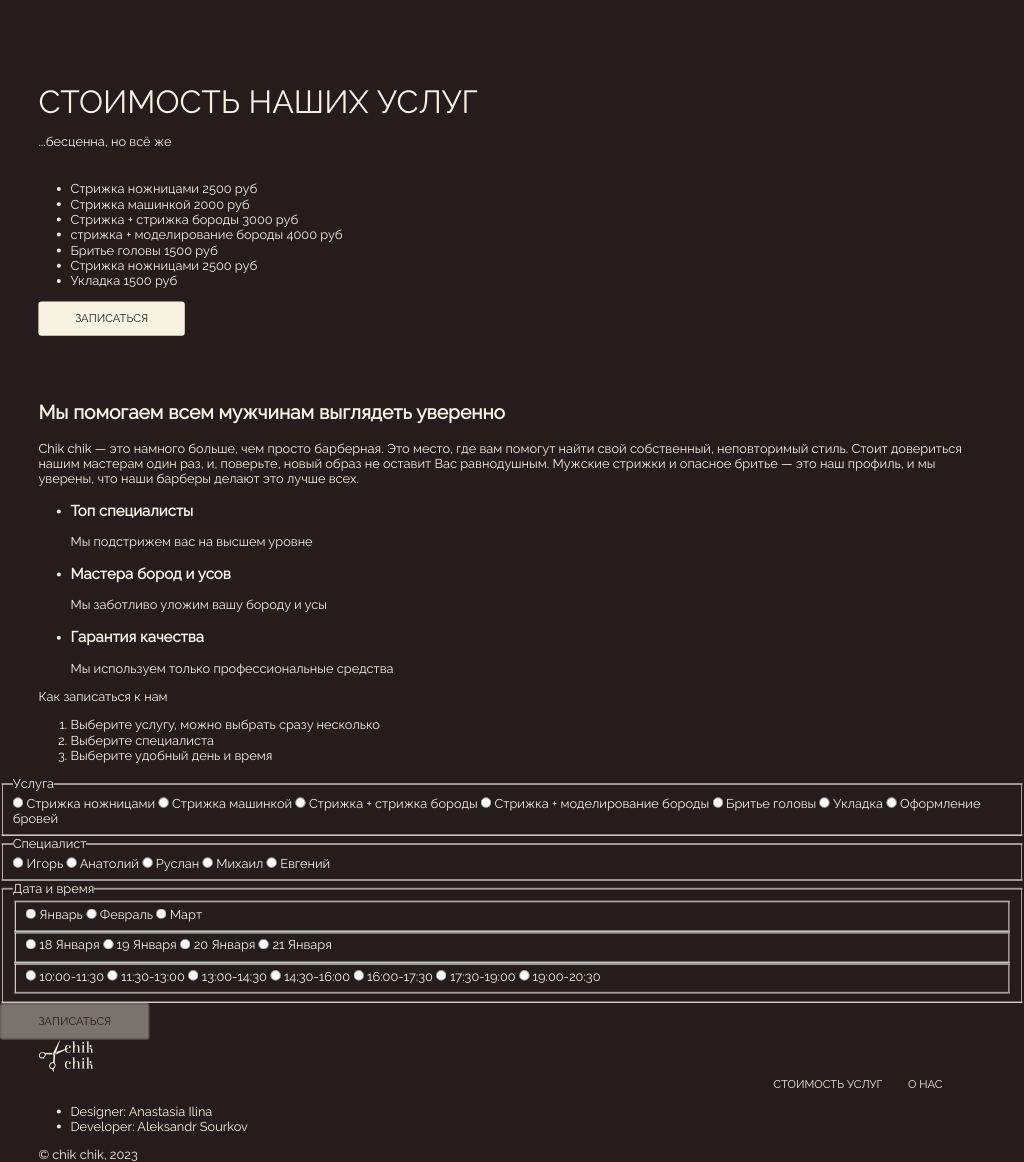
Repository: alexboagreek/chick-chick
Page: index.html
The author's editor kept a copy of each file at every save. The page is drawn from the files as they stood at one save, then again after the next save.
The browser window is 1280 px wide. The pictures show the part of the page from y = 646 to 2115 px (the page is 2099 px tall before and 2115 px after), at 80% of full size.
A picture or video elsewhere on the page could not be fetched, so the positions and the page height are approximate.

Above is the page before, as saved 2023-01-18 17:24:46.

### index.html
<!DOCTYPE html>
<html lang="ru">
<head>
    <meta charset="UTF-8">
    <meta http-equiv="X-UA-Compatible" content="IE=edge">
    <meta name="viewport" content="width=device-width, initial-scale=1.0">
    <link rel="stylesheet" href="styles/style.css">
    <link rel="icon" href="assets/icons/favicon.png" sizes="32X32" type="img/png">
    <title>Chick-Chick BarberShop</title>
</head>
<body>
    <header class="header">
        <div class="container">
            <div class="header__container">
                <img class="header__logo" src="assets/img/logo.svg" alt="логотип барбершоп Chick-Chick" width="70" height="40">

                <nav class="navigation header__navigation">
                    <ul class="navigation__list">
                        <li class="navigation__item">
                            <a href="#price" class="navigation__link">Стоимость услуг</a>
                        </li>
                        <li class="navigation__item">
                            <a href="#about" class="navigation__link">О нас</a>
                        </li>
                    </ul>
                </nav>

                <a href="#reserve" class="header__link main-link">Записаться</a>
            </div>
        </div>
    </header>

    <main>
        <section class="hero">
            <div class="container">
                <h1 class="hero__title">
                    <span class="visually-hidden">Барбершоп Chick-Chick</span>
                    <span>
                        Мы создаём искусство, которое не стыдно показать
                    </span>
                </h1>
               <div class="slider hero__slider">
                <div class="slider__container">
                    <ul class="slider__list">
                        <li class="slider__item">
                            <img src="assets/img/slide_01.jpg" alt="модельная стрижка" class="slider__img">
                        </li>
                        <li class="slider__item slider__item_active">
                            <img src="assets/img/slide_3.svg" alt="модельная стрижка" class="slider__img">
                        </li>
                        <li class="slider__item">
                            <img src="assets/img/slide_4.svg" alt="модельная стрижка" class="slider__img">
                        </li>
                        <li class="slider__item">
                            <img src="assets/img/slide_4.svg" alt="модельная стрижка" class="slider__img">
                        </li>
                        <li class="slider__item">
                            <img src="assets/img/slide_4.svg" alt="модельная стрижка" class="slider__img">
                        </li>
                        <li class="slider__item">
                            <img src="assets/img/slide_4.svg" alt="модельная стрижка" class="slider__img">
                        </li>
                        <li class="slider__item">
                            <img src="assets/img/slide_4.svg" alt="модельная стрижка" class="slider__img">
                        </li>
                        <li class="slider__item">
                            <img src="assets/img/slide_4.svg" alt="модельная стрижка" class="slider__img">
                        </li>
                    </ul>

                    <button class="slider__arrow slider__arrow_left" aria-label="предыдущий слайд"></button>
                    <button class="slider__arrow slider__arrow-right" aria-label="следующий слайд"></button>
                </div>
               </div>
            </div>
        </section>
        <section class="price" id="price">
            <div class="container">
                <h2 class="price__title">Стоимость наших услуг</h2>
                <p class="price__tagline">...бесценна, но всё же</p>

                <div class="price__wrapper-content">
                    <div class="price__content">
                        <ul class="price__list">
                            <li class="price__item">
                                <span class="price__item-title">Стрижка ножницами</span>
                                <span class="price__item-count">2500 руб</span>
                            </li>
                            <li class="price__item">
                                <span class="price__item-title">Стрижка машинкой</span>
                                <span class="price__item-count">2000 руб</span>
                            </li>
                            <li class="price__item">
                                <span class="price__item-title">Стрижка + стрижка бороды</span>
                                <span class="price__item-count">3000 руб</span>
                            </li>
                            <li class="price__item">
                                <span class="price__item-title">стрижка + моделирование бороды</span>
                                <span class="price__item-count">4000 руб</span>
                            </li>
                            <li class="price__item">
                                <span class="price__item-title">Бритье головы</span>
                                <span class="price__item-count">1500 руб</span>
                            </li>
                            <li class="price__item">
                                <span class="price__item-title">Стрижка ножницами</span>
                                <span class="price__item-count">2500 руб</span>
                            </li>
                            <li class="price__item">
                                <span class="price__item-title">Укладка</span>
                                <span class="price__item-count">1500 руб</span>
                            </li>
                        </ul>

                        <a href="#reserve" class="price__link main-link">Записаться</a>
                    </div>
                </div>
            </div>
        </section>
        <section class="about" id="about">
            <div class="container">
                <h2 class="about__title">Мы помогаем всем мужчинам выглядеть уверенно</h2>
                <p class="about__description">
                    Сhik chik — это намного больше, чем просто барберная. Это место, где вам помогут найти свой собственный, неповторимый стиль. Стоит довериться нашим мастерам один раз, и, поверьте, новый образ не оставит Вас равнодушным. Мужские стрижки и опасное бритье — это наш профиль, и мы уверены, что наши барберы делают это лучше всех.
                </p>

                <ul class="about__list">
                    <li class="about__item">
                        <h3 class="about__item-title">Топ специалисты</h3>
                        <p class="about__item-description">Мы подстрижем вас на высшем уровне</p>
                    </li>
                    <li class="about__item">
                        <h3 class="about__item-title">Мастера бород и усов</h3>
                        <p class="about__item-description">Мы заботливо уложим вашу бороду и усы</p>
                    </li>
                    <li class="about__item">
                        <h3 class="about__item-title">Гарантия качества</h3>
                        <p class="about__item-description">Мы используем только профессиональные средства</p>
                    </li>
                </ul>
            </div>
        </section>
        <section class="reserve" id="reserve">
            <div class="container">
                <div class="reserve__title">Как записаться к нам</div>

                <ol class="reserve__list">
                    <li class="reserve__item">Выберите услугу, можно выбрать сразу несколько</li>
                    <li class="reserve__item">Выберите специалиста</li>
                    <li class="reserve__item">Выберите удобный день и время</li>
                </ol>
            </div>

            <form class="reserve__form">
                <div class="reserve__form-container">
                    <fieldset class="reserve__fieldset">
                        <legend class="reserve__legend">Услуга</legend>

                        <label class="radio">
                            <input class="radio__input" type="radio" name="service">
                            <span class="radio__label">Стрижка ножницами</span>
                        </label>

                        <label class="radio">
                            <input class="radio__input" type="radio" name="service">
                            <span class="radio__label">Стрижка машинкой</span>
                        </label>

                        <label class="radio">
                            <input class="radio__input" type="radio" name="service">
                            <span class="radio__label">Стрижка + стрижка бороды</span>
                        </label>

                        <label class="radio">
                            <input class="radio__input" type="radio" name="service">
                            <span class="radio__label">Стрижка + моделирование бороды</span>
                        </label>

                        <label class="radio">
                            <input class="radio__input" type="radio" name="service">
                            <span class="radio__label">Бритье головы</span>
                        </label>
                        <label class="radio">
                            <input class="radio__input" type="radio" name="service">
                            <span class="radio__label">Укладка</span>
                        </label>

                        <label class="radio">
                            <input class="radio__input" type="radio" name="service">
                            <span class="radio__label">Оформление бровей</span>
                        </label>
                    </fieldset>

                    <fieldset class="reserve__fieldset">
                        <legend class="reserve__legend">Специалист</legend>

                        <label class="radio">
                            <input class="radio__input" type="radio" name="spec" >
                            <span class="radio__label radio__label_spec">Игорь</span>
                        </label>

                        <label class="radio">
                            <input class="radio__input" type="radio" name="spec" >
                            <span class="radio__label radio__label_spec">Анатолий</span>
                        </label>

                        <label class="radio">
                            <input class="radio__input" type="radio" name="spec" >
                            <span class="radio__label radio__label_spec">Руслан</span>
                        </label>

                        <label class="radio">
                            <input class="radio__input" type="radio" name="spec" >
                            <span class="radio__label radio__label_spec">Михаил</span>
                        </label>

                        <label class="radio">
                            <input class="radio__input" type="radio" name="spec" >
                            <span class="radio__label radio__label_spec">Евгений</span>
                        </label>

                    </fieldset>

                    <fieldset class="reserve__fieldset">
                        <legend class="reserve__legend">Дата и время</legend>

                        <fieldset class="reserve__fieldset reserve__fieldset_sub">
                            <label class="radio">
                                <input class="radio__input" type="radio" name="month" >
                                <span class="radio__label radio__label_spec">Январь</span>
                            </label>
                            <label class="radio">
                                <input class="radio__input" type="radio" name="month" >
                                <span class="radio__label radio__label_spec">Февраль</span>
                            </label>
                            <label class="radio">
                                <input class="radio__input" type="radio" name="month" >
                                <span class="radio__label radio__label_spec">Март</span>
                            </label>
                        </fieldset>

                        <fieldset class="reserve__fieldset reserve__fieldset_sub">
                            <label class="radio">
                                <input class="radio__input" type="radio" name="day" >
                                <span class="radio__label radio__label_spec">18 Января</span>
                            </label>
                            <label class="radio">
                                <input class="radio__input" type="radio" name="day" >
                                <span class="radio__label radio__label_spec">19 Января</span>
                            </label>
                            <label class="radio">
                                <input class="radio__input" type="radio" name="day" >
                                <span class="radio__label radio__label_spec">20 Января</span>
                            </label>
                            <label class="radio">
                                <input class="radio__input" type="radio" name="day" >
                                <span class="radio__label radio__label_spec">21 Января</span>
                            </label>
                        </fieldset>

                        <fieldset class="reserve__fieldset reserve__fieldset_sub">
                            <label class="radio">
                                <input class="radio__input" type="radio" name="time" >
                                <span class="radio__label radio__label_spec">10:00-11:30</span>
                            </label>
                            <label class="radio">
                                <input class="radio__input" type="radio" name="time" >
                                <span class="radio__label radio__label_spec">11:30-13:00</span>
                            </label>
                            <label class="radio">
                                <input class="radio__input" type="radio" name="time" >
                                <span class="radio__label radio__label_spec">13:00-14:30</span>
                            </label>
                            <label class="radio">
                                <input class="radio__input" type="radio" name="time" >
                                <span class="radio__label radio__label_spec">14:30-16:00</span>
                            </label>
                            <label class="radio">
                                <input class="radio__input" type="radio" name="time" >
                                <span class="radio__label radio__label_spec">16:00-17:30</span>
                            </label>
                            <label class="radio">
                                <input class="radio__input" type="radio" name="time" >
                                <span class="radio__label radio__label_spec">17:30-19:00</span>
                            </label>
                            <label class="radio">
                                <input class="radio__input" type="radio" name="time" >
                                <span class="radio__label radio__label_spec">19:00-20:30</span>
                            </label>
                        </fieldset>
                    </fieldset>
                </div>

                <button class="reserve__btn main-link" disabled>Записаться</button>
            </form>
        </section>
    </main>

    <footer class="footer">
        <div class="container">
            <img src="assets/img/logo.svg" alt="Логотип барбершоп Chick-Chick">

            <nav class="navigation header__navigation">
                <ul class="navigation__list">
                    <li class="navigation__item">
                        <a href="#price" class="navigation__link">Стоимость услуг</a>
                    </li>
                    <li class="navigation__item">
                        <a href="#about" class="navigation__link">О нас</a>
                    </li>
                </ul>
            </nav>
            <ul>
                <li>Designer: Anastasia Ilina</li>
                <li>Developer: Aleksandr Sourkov</li>
            </ul>

            <div class="footer__copyright">
                © chik chik, 2023
            </div>
        </div>
    </footer>
</body>
</html>

### styles/style.css
@import 'normalize.css';
@import 'header.css';
@import 'navigation.css';
@import 'main-link.css';
@import 'hero.css';
@import 'slider.css';
@import 'price.css';

@font-face {
    font-family: 'Raleway';
    font-style: normal;
    font-weight: 400;
    src: url('../assets/fonts/raleway-v28-latin_cyrillic-regular.woff2') format('woff2'),
        url('../assets/fonts/raleway-v28-latin_cyrillic-regular.woff') format('woff');
}

html {
    box-sizing: border-box;
}

*, *::after, *::before {
    box-sizing: inherit;
}

body {
    min-width: 320px;
    font-family: 'Raleway', sans-serif;
    font-size: 16px;
    font-weight: 400;
    background-color: #241D1C;
    line-height: 1.2;
    color: #F6F3E3;
}

img {
    max-width: 100%;
    height: auto;
}

.visually-hidden {
    position: fixed;
    transform: scale(0);
}

.container {
    max-width: 1312px;
    padding: 0 48px;
    margin: 0 auto;
}

### styles/header.css
.header__container {
    display: flex;
    align-items: center;
    justify-content: space-between;
    padding-top: 16px;
    padding-bottom: 17px;
    border-bottom: 1px solid #BFBDB2;
}

.header__navigation {
    flex-grow: 1;
    display: flex;
    justify-content: flex-end;
    margin-right: 54px;
}

@media (max-width: 768px) {
    .header__navigation {
        display: none;
    }
}

### styles/navigation.css
.navigation__list {
    margin: 0;
    padding: 0;
    list-style: none;
    display: flex;
    align-items: center;
    gap: 32px;
}

.navigation__link {
    color: inherit;
    text-decoration: none;
    font-size: 14px;
    line-height: 1;
    text-transform: uppercase;
}

### styles/main-link.css
.main-link {
    display: inline-block;
    border-radius: 4px;
    padding: 13px 46px;
    font-size: 14px;
    text-decoration: none;
    text-transform: uppercase;
    color: #241D1C;
    background-color: #F6F3E3;
    cursor: pointer;
}

.main-link:hover:not(:disabled) {
    background-color: #EFE7BE;
}

.main-link:focus-visible {
    outline: 1px solid #FFFFFF;
}

.main-link:disabled {
    opacity: 0.4;
}

@media (max-width: 560px) {
    .container {
        padding: 0 24px;
    }

    .main-link {
        padding: 10px 24px;
        font-size: 12px;
    }
}

### styles/hero.css
.hero {
    padding: 62px 0;
}

.hero__title {
    max-width: 904px;
    font-size: 54px;
    text-transform: uppercase;
    font-weight: 400;
    margin: 0 0 36px;
}

@media (max-width: 768px) {
    .hero {
        padding: 40px 0;
    }

    .hero__title {
        font-size: 40px;
        margin-bottom: 24px;
    }
}

@media (max-width: 560px) {
    .hero {
        padding: 32px 0;
    }

    .hero__title {
        font-size: 24px;
        margin-bottom: 16px;
        max-width: 420px;
    }
}

### styles/slider.css
.slider {
    overflow: hidden;
    position: relative;
}

.slider__container {
    /*display: none;*/
}

.slider__list {
    display: flex;
    list-style: none;
    padding: 0;
    margin: 0 -16px;
}

.slider__item {
    padding: 0 16px;
    flex-grow: 0;
    flex-shrink: 0;
    max-width: 25%;
}

.slider__item_active {
    max-width: 50%;
}

.slider__arrow {
    position: absolute;
    bottom: 30%;
    height: 8px;
    background-color: transparent;
    width: 64px;
    background-repeat: no-repeat;
    border: none;
    cursor: pointer;
}

.slider__arrow:hover {
    opacity: 0.8;
}

.slider__arrow:active {
    opacity: 0.5;
}

.slider__arrow_left {
    left: 8%;
    background-position: left;
    background-image: url("data:[embedded picture, 508 characters]");
}

.slider__arrow-right {
    right: 8%;
    background-position: right;
    background-image: url("data:[embedded picture, 508 characters]");
}

@media (max-width: 1024px) {
    .slider__item {
        max-width: 30%;
    }

    .slider__item_active {
        max-width: 40%;
    }

    .slider__arrow {
        bottom: 12%;
    }
}

@media (max-width: 768px) {
    .slider__item {
        max-width: 25%;
    }

    .slider__item_active {
        max-width: 50%;
    }

    .slider__arrow {
        width: 40px;
        bottom: 31%;
    }
}

@media (max-width: 560px) {
    .slider {
        padding-bottom: 20px;
    }

    .slider__item {
        max-width: 100%;
    }

    .slider__arrow {
        bottom: 0;
    }

    .slider__arrow_left {
        left: 0;
    }

    .slider__arrow-right {
        right: 0;
    }

}

### styles/price.css
.price {
    padding: 62px 0;
}

.price__title {
    font-weight: 400;
    font-size: 40px;
    text-transform: uppercase;
    margin: 0 0 16px;
}

.price__tagline {
    margin: 0 0 40px;
}

.price__wrapp

@media (max-width: 768px) {
    .price {
        padding: 62px 0;
    }
}

@media (max-width: 560px) {
    .price {
        padding: 62px 0;
    }
}

Loaded but not shown: styles/normalize.css (library)

After the next save:
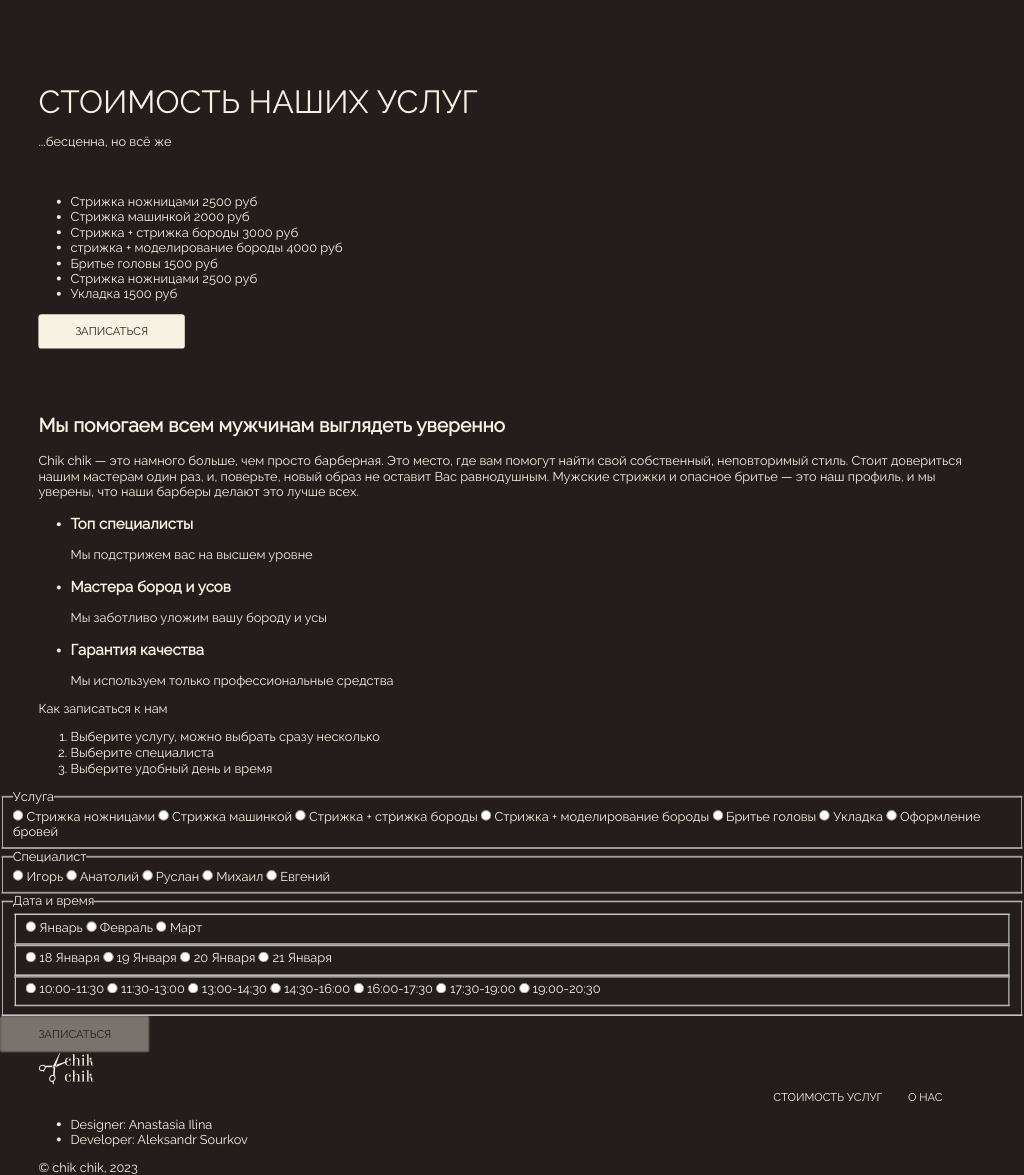
Saved 4 s later.
--- a/styles/price.css
+++ b/styles/price.css
@@ -13,7 +13,9 @@
     margin: 0 0 40px;
 }
 
-.price__wrapp
+.price__wrapper-content {
+    display: flex;
+}
 
 @media (max-width: 768px) {
     .price {
